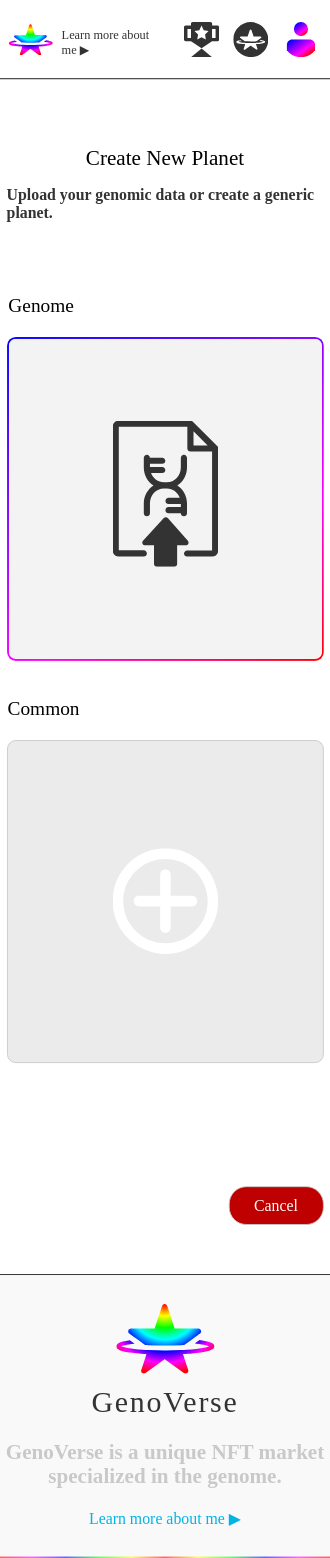
Repository: superHotBob/bioart
Page: /createnewplanet/createnewplanet_01
An editor plug-in stored every save of this project. The page is shown before and after the next save, followed by the edit.
The browser window is 375 px wide. The pictures show the whole page, at 88% of full size.
Some web fonts or font styles are not loaded; a fallback is used. The project was rebuilt for these pictures with package versions that can differ from the ones it lists, and the page was loaded fresh each time. Some packages were replaced by stand-ins written for this rebuild. The framework's server and built-in components were replaced by stand-ins that run in the browser. Also part of the build but not shown: next.config.js.

Above is the page before, as saved 2022-04-06 12:36:46.

### pages/_app.js
import "../styles/globals.css";
import Layout from "../components/layout";
import { Provider } from "react-redux";
import store from "../store";

export default function MyApp({ Component, pageProps }) {
  return (
    <Provider store={store}>
      <Layout>
        <Component {...pageProps} />
      </Layout>
    </Provider>
  );
}

### pages/createnewplanet/createnewplanet_01.js
import Button from "../../components/button";
import react, { useEffect, useState } from "react";

export default function CreateNewPlanetOne() {
  const [myscreen, setMyScreen] = useState(true);
  useEffect(() => setMyScreen(window.screen.width > 500), []);

  return (
    <div className="createNewBlock">
      <h1>Create New Planet</h1>
      <p>Upload your genomic data or create a generic planet.</p>
      <div className="twoBloks">
        <div className="genome">
          <div />
        </div>
        <div className="common"></div>
      </div>
      <div style={{textAlign: 'right',margin: '50px 0 150px'}}>
        <Button
          width={myscreen ? "30%" : "100%"}
          color="#fff"
          background="#be0000"
          text="Cancel"
          background_hover="#8b0000"
        />
      </div>
      <style jsx>{`
        .createNewBlock {
          width: 68%;
          height: 80vh;
          margin: 0 auto;
          padding-top: 60px;
        }
        h1 {
          font-size: 38px;
          font-family: "GmarketSansMedium";
          font-weight: 400;
        }
        p {
          font-weight: 600;
          font-family: "GmarketSansLight";
          font-size: 18px;
          color: #333;
        }
        .twoBloks {
          display: flex;
          justify-content: space-between;
          margin-top: 130px;
        }
        .genome,
        .common,
        .genome div {
          width: 48.5%;
          height: 28vw;
          border-radius: 10px;
          background-position: center center;
          background-repeat: no-repeat;
          background-size: 120px;
          cursor: pointer;
        }
        .genome {
          border: 2px solid transparent;
          background: linear-gradient(#f3f3f3, #f3f3f3) padding-box,
            linear-gradient(
                150deg,
                rgba(0, 0, 255, 1) 0%,
                rgba(152, 0, 255, 1) 41%,
                rgba(255, 0, 255, 1) 68%,
                rgba(255, 0, 0, 1) 100%
              )
              border-box;
        }
        .genome div {
          background-image: url("/icon_upbk.svg");
          width: 100%;
          margin-top: 16px;
        }
        .genome div:hover {
          background-image: url("/icon_upwt.svg");
        }
        .genome:before {
          content: "Genome";
          font-family: "GmarketSansMedium";
          display: block;
          margin-top: -50px;
          font-size: 22px;
        }
        .common {
          background-color: #ebebeb;
          border: 1px solid #c9c9c9;
          background-image: url("/icon_mrwt.svg");
        }
        .common:hover {
          background-image: url("/icon_mrbk.svg");
        }
        .common:before {
          content: "Common";
          font-family: "GmarketSansMedium";
          display: block;
          margin-top: -50px;
          font-size: 22px;
        }

        @media screen and (max-width: 550px) {
          .createNewBlock {
            width: 96%;
            height: auto;
            margin: 0 auto;
            padding-top: 60px;
          }
          .twoBloks {
            flex-direction: column;
          }
          .genome,
          .common,
          .genome div {
            width: 100%;
            height: 98vw;
            margin-bottom: 90px;
          }
          h1 {
            font-size: 24px;
            text-align: center;
          }
        }
      `}</style>
    </div>
  );
}

### styles/globals.css
@font-face {
  font-family: 'GmarketSansMedium';
  src: url('https://cdn.jsdelivr.net/gh/projectnoonnu/noonfonts_2001@1.1/GmarketSansMedium.woff') format('woff');
  font-weight: normal;
  font-style: normal;
}
@font-face {
  font-family: 'GmarketSansLight';
  src: url('https://cdn.jsdelivr.net/gh/projectnoonnu/noonfonts_2001@1.1/GmarketSansLight.woff') format('woff');
  font-weight: normal;
  font-style: normal;
}
@font-face {
  font-family: 'GmarketSansBold';
  src: url('https://cdn.jsdelivr.net/gh/projectnoonnu/noonfonts_2001@1.1/GmarketSansBold.woff') format('woff');
  font-weight: normal;
  font-style: normal;
}
html,
body {
  padding: 0;
  margin: 0;
  font-family: -apple-system, BlinkMacSystemFont, Segoe UI, Roboto, Oxygen,
    Ubuntu, Cantarell, Fira Sans, Droid Sans, Helvetica Neue, sans-serif;
}

input, select, button, textarea {
  outline: none;
}
a {
  color: inherit;
  text-decoration: none;
  cursor: pointer;
}
input::placeholder {
  color: #c9c9c9;
}
* {
  box-sizing: border-box;
  background-repeat: no-repeat;
}
button {
  cursor: pointer;
  font-family: "GmarketSansMedium";
  font-size: 18px;
  text-align: center;
}
.error {
  color: red;
  font-size: 20px;
}
figure {
  margin: 0;
  display: inline-block;
}
select {
  -webkit-appearance: none;
  -moz-appearance: none;

  height: 44px;
  padding-left: 20px;
  font-size: 18px;
  background: transparent;
  border: 1px solid #c9c9c9;
  border-radius: 20px;
  background: url('/icon_drp_arr.svg')  100% / 17% 35% no-repeat;
}
.blue {
  color: rgb(0, 180, 230);
  font-size: 18px;
  padding: 2px 0 2px 27px;

}
.bold {
  font-weight: 800;
  font-family: "GmarketSansbold";
}


.solana {
  background: url('/icon_graph_01.svg')  left 35% / auto 68% no-repeat;


}
@media screen and (max-width: 550px) {
  .blue {
    font-size: 14px;
    padding: 2px 0 2px 25px;
  }
}

### components/layout.js
import Navbar from "./navbar";
import Footer from "./footer";

export default function Layout({ children }) {
  return (
    <>
      <Navbar />
      <main style={{borderBottom: '1px solid #000'}}>
        {children}
        <style jsx global>{`
          .lastStringNft {
            width: 90%;
            position: absolute;
            top: 85%;
            left: 5%;
            padding: 10px 0;
            border-top: 1px solid #c9c9c9;
            font-size: 18px;
            color: #333;
            display: flex;
            justify-content: space-between;
            font-family: "GmarketSansLight";
          }
          .lastStringNft b {
            margin: 0 5px 0 0;
            flex-grow: 1;
          }
          .iconGraph {
            margin: 0px 15px;
            vertical-align: top;
            display: inline-block;
          }
          .priceNft {
            text-align: center;
            font-size: 30px;
            margin: 10px 0 0;
            font-family: "GmarketSansMedium";
          }
          .textNft {
            font-size: 1vw;
            margin: 0 0 15px;
            text-align: center;
            font-weight: 300;
            font-family: "GmarketSansLight";
          }
          .iconSlider {
          margin-top: 0;
          width: 65px;
          height: 65px;
        }
        .iconItemNft {
            width: 65px;
            height: 65px;
            display: block;
            margin: 0 auto;
            background-color: #fff;
            border-radius: 50%;
            border: 4px solid #fff;
            outline: 1px solid #ddd;
          }
          .itemSliderNft {
            position: relative;
          }
        `}</style>
      </main>
      <Footer />
    </>
  );
}

### store/index.js
import { configureStore } from "@reduxjs/toolkit";

import counterReducer from "../reduser";

export function makeStore() {
  return configureStore({
    reducer: { counter: counterReducer },
  });
}

const store = makeStore();

export default store;

### components/button.js
export default function Button(props) {
  return (
    <button type={props.type} className={props.class} onClick={props.Click}>
      {props.text}
      <style jsx>{`
        button {
          color: ${props.color};
          width: ${props.width};
          background: ${props.background};
          border: 1px solid #c9c9c9;
          font-size: 18px;
          border-radius: 20px;
          height: 44px;
        }
        button:hover {
          color: ${props.color_hover};
          background: ${props.background_hover};
        }
        button:last-of-type {
            float: right;
        }
      `}</style>
    </button>
  );
}

### components/navbar.js
import Image from "next/image";
import Link from "next/link";
import styles from "../styles/Home.module.css";
import react, { useState} from 'react';

const likes = [
  { name: "Bob", date: 2 },
  { name: "Fill", date: 4 },
  { name: "Bill", date: 3 },
  { name: "Martin", date: 12 },
  { name: "Ali", date: 14 },
  { name: "Ivan", date: 13 },
];
export default function Navbar() {
  const [likesView, setLikesView] = useState(false);
  return (
    <div className={styles.header}>
      <Link href="/explore" passHref>
        <figure className={styles.symbol_icon}/>
      </Link>

      <Link href="/">
        <a className={styles.learn}>Learn more about me &#9654;</a>
      </Link>
      <div className={styles.menu_tab}>
        <span className={styles.symbol}>
          <Image src="/icon_search.svg" width={22} height={22} alt="search" />
        </span>
        <input
          type="search"
          className={styles.search_input}
          placeholder="Search"
        />
        <Link href="/createitem/createitem">
          <a className={styles.tab01} />
        </Link>
        <Link href="/geno">
          <a className={styles.tab02} />
        </Link>
        <Link href="/profilesetting" >
          <a className={styles.tab03active} />
        </Link>

        {/* <b className={styles.iconLike} onClick={()=>setLikesView(!likesView)}/> */}

        {likesView && <div className={styles.block_likes}>
          LIKE
          {likes.map((i, index) => (
            <p key={index}>
              <figure className={styles.icon_like}>
                <Image
                  src="/article-img.png"
                  width={50}
                  height={50}
                  alt="icon"
                />
              </figure>
              <span className={styles.name}> {i.name} likes this</span>
              <span>{i.date} days ago</span>
              <figure className={styles.icon_like}>
                <Image src="/icon_ba.svg" width={50} height={50} alt="icon" />
              </figure>
              <figure className={styles.icon_like_last}>
                <Image
                  src="/planet-img-02.png"
                  width={50}
                  height={50}
                  alt="icon"
                />
              </figure>
            </p>
          ))}
        </div>}
      </div>
    </div>
  );
}

### components/footer.js
import Image from "next/image";
import styles from "../styles/Home.module.css";
export default function Footer() {
  return (
    <footer className={styles.footer}>
      <span className={styles.logo}>
        <Image src="/symbol.svg" alt=" Logo" width={112} height={80} />
      </span>
      <p className={styles.footerIconText}>GenoVerse</p>
      <p className={styles.footerText}>
        GenoVerse is a unique NFT market specialized in the genome.
      </p>
      <a src="/#" className={styles.learnFooter}>
        Learn more about me &#9654;
      </a>
    </footer>
  );
}

### reduser/index.js
import { createSlice } from "@reduxjs/toolkit";

const initialState = {
 profile: {
  email: 'bob@tut.by',
  name: 'bob',
  representative_planet: 'Geno`s Collection'
 },
  walletAddress: "",
  balance: 0,
  token: "",
  tokenId: 0,
};
export const counterSlice = createSlice({
  name: "counter",
  initialState,

  reducers: {
    increment: (state) => {
      state.value = true;
    },

    addAccount: (state, action) => {
      state.walletAddress = action.payload;
    },
    changeBalance: (state, action) => {
      state.balance = action.payload;
    },
    setToken: (state, action) => {
      state.token = action.payload;
    },
    setTokenId: (state, action) => {
      state.tokenId = action.payload;
    },
  },
});
export const {
    increment,
    addAccount,
    changeBalance,
    setToken,
    setTokenId,
  } = counterSlice.actions;

  export const profile = (state) => state.counter.profile;

  export const selectCount = (state) => state.counter.value;
  export const walletAddress = (state) => state.counter.walletAddress;
  export const balance = (state) => state.counter.balance;
  export const token = (state) => state.counter.token;
  export const tokenId = (state) => state.counter.tokenId;

  export default counterSlice.reducer;

### styles/Home.module.css
@font-face {
  font-family: "MyWebFontBlack";
  src: url("/fonts/NotoSerifCJKkr-Black.woff") format("woff");
}
@font-face {
  font-family: "MyWebFontBold";
  src: url("/fonts/NotoSerifCJKkr-Bold.woff") format("woff");
}
@font-face {
  font-family: "MyWebFontSCMediun";
  src: url("/fonts/NotoSerifSC-Medium.woff") format("woff");
}
@font-face {
  font-family: "MyWebFontSCLight";
  src: url("/fonts/NotoSerifSC-Light.woff") format("woff");
}
@font-face {
  font-family: "GmarketSansMedium";
  src: url("https://cdn.jsdelivr.net/gh/projectnoonnu/noonfonts_2001@1.1/GmarketSansMedium.woff")
    format("woff");
  font-weight: normal;
  font-style: normal;
}
.container {
  padding: 0;
}
.main {
  min-height: 80vh;
}
.header {
  height: 90px;
  display: block;
  position: relative;
  padding: 20px 30px;
  box-sizing: border-box;
  border-bottom: 1px solid #000;
}
.header .learn {
  margin: -34px 20px 0;
  vertical-align: middle;
  display: inline-block;
  width: 20%;
  font-size: 14px;
  cursor: pointer;
  font-family: "GmarketSansLight";
  color: #333;
}
.header a:hover {
  color: blue;
}
.symbol {
  margin-right: -40px;
  position: relative;
  z-index: 100;
  top: -1px;
}
.symbol_icon {
  height: 50px;
  width: 50px;
  display: inline-block;
  background: url("/symbol.svg") center / 100% no-repeat;
}
.search_input {
  position: relative;
  z-index: 1;
  border: 1px solid #c9c9c9;
  border-radius: 20px;
  height: 36px;
  width: 240px;
  padding: 0 20px 0 50px;
  vertical-align: text-bottom;
  outline: none;
}
.menu_tab {
  float: right;
  width: auto;
  text-align: right;
  margin-top: 5px;
}
.tab01,
.tab02,
.tab03active,
.tab03,
.iconLike {
  height: 40px;
  width: 40px;
  vertical-align: sub;
  display: inline-block;
  margin-left: 30px;
}
.iconLike {
  position: relative;
  margin-left: 90px;
  cursor: pointer;
}
.iconLike::before {
  position: absolute;
  font-size: 18px;
  content: "250";
  left: -45px;
  top: 11px;
  font-family: "GmarketSansLight";
  display: inline-block;
}
.tab01 {
  background: url("/icon_tab_off_01.svg") center 100% no-repeat;
}
.tab01:hover {
  background: url("/icon_tab_on_01.svg") center 100% no-repeat;
}
.tab02 {
  background: url("/icon_tab_off_02.svg") center 100% no-repeat;
}
.tab03active {
  background: url("/icon_tab_on_03.svg") center 100% no-repeat;
}
.tab02:hover {
  background: url("/icon_tab_on_02.svg") center 100% no-repeat;
}
.tab03 {
  background: url("/icon_tab_off_03.svg") center 100% no-repeat;
}
.iconLike {
  background: url("/icon_like_on.svg") center 100% no-repeat;
}
.tab03:hover {
  background: url("/icon_tab_on_03.svg") center 100% no-repeat;
}
.wrapFirstBlock {
  width: 100%;
  height: 70.1vh;
  background: url('/main_top_bgline.jpg')  bottom center / 100% 1px repeat-x;
}
.firstBlock {
  /* background: url('/main_top_bg.jpg') center / 100% auto no-repeat;  */
  height: 70vh;
  position: relative;
}
.firstBlockText {
  position: absolute;
  top: 57%;
  left: 75%;
}
.firstBlockTextOnly h3 {
  font-size: 28px;
  font-weight: 400;
  color: #000;
  margin: 0;
}
.firstBlockTextOnly p {
  font-size: 18px;
  line-height: 1.3;
  font-family: "GmarketSansLight";
  font-weight: 800;
}
.gold {
  color: #ffa300;
  font-size: 16px;
  display: block;
  line-height: 10px;
}
.slider h2,
.sliderNft h2 {
  font-size: 30px;
  letter-spacing: 2px;
  font-family: "GmarketSansLight";
  font-weight: 800;
}
.sliderWraper,
.sliderWraperNft {
  height: auto;
  width: 80%;
  margin: 50px auto;
  position: relative;
}
.sliderWraperNft {
  width: 100%;
}
.bodySlider {
  height: auto;
  display: flex;
  justify-content: space-between;
}
.sliderBtnPrev,
.sliderBtnNext {
  position: absolute;
  border: none;
  top: 26%;
  height: 60px;
  width: 60px;
  left: -2%;
  opacity: 0.9;
  background-position: center;
  background-repeat: no-repeat;
  background-size: 100%;
  background-image: url("/slider_prev_btn.svg");
}
.sliderBtnPrev:hover {
  background-image: url("/slider_prev_btn_hv.svg");
  opacity: 1;
}
.sliderBtnNext {
  left: 96%;
  background-image: url("/slider_next_btn.svg");
}
.sliderBtnNext:hover {
  background-image: url("/slider_next_btn_hv.svg");
  opacity: 1;
}

.itemSlider {
  height: 40vw;
  padding: 0 20px;
  text-align: center;
}
.itemSliderImage {

  border: 1px solid #ccc;
  background-size: cover;
  border-radius: 10px;
  background-position: center top;
  background-repeat: no-repeat;
  height: 60%;
  margin-bottom: 40px;
  cursor: pointer;
}
.sliderText {
  font-size: 26px;
  margin: 15px;
  font-family: "GmarketSansMedium";
  font-weight: 400;
}
.sliderText p {
  font-size: 20px;
  margin: 15px 0 0;
  font-family: "GmarketSansLight";
}
.itemSlider .img {
  margin: 15px;
}
.sliderDot {
  margin: 0 auto;
  background-color: gray;
  width: 89%;
}

.table h2 {
  text-align: center;
  font-family: "GmarketSansLight";
  font-size: 28px;
}
.table h2 a {
  color: #00b4e6;
}
.icons {
  width: 164px;
  margin: 50px auto;
  display: flex;
  justify-content: space-between;
}
.icons img:hover {
  cursor: pointer;
}
.tableBody {
  width: 80%;
  margin: 20px auto;
}
.headerTable,
.bodyTable,
.headerTableFirst {
  display: flex;
  justify-content: space-between;
  border-top: 1px solid #c9c9c9;
  border-bottom: 1px solid #c9c9c9;
  padding: 20px 0;
  font-weight: bold;
}
.headerTableFirst {
  border-top: none;
  border-image: linear-gradient(
    90deg,
    rgba(255, 0, 0, 1) 0%,
    rgba(255, 0, 255, 1) 10%,
    rgba(0, 0, 255, 1) 20%,
    rgba(0, 255, 0, 1) 30%,
    rgba(255, 255, 0, 1) 40%,
    rgba(255, 0, 0, 1) 50%,
    rgba(255, 255, 0, 1) 60%,
    rgba(0, 255, 0, 1) 70%,
    rgba(0, 0, 255, 1) 80%,
    rgba(255, 0, 255, 1) 90%,
    rgba(255, 0, 0, 1) 100%
  );
  border-image-slice: 1;
}
p.bodyTable {
  border-bottom: none;
  margin: 0;
}
p.headerTable:hover {
  background-color: rgba(220, 220, 220, 0.3);
  cursor: pointer;
  box-shadow: 0 1px 10px 5px rgba(220, 220, 220, 0.3);
}
.volumeIcon,.volumeIcon_2 {
  background: url("/icon_graph_01.svg") 21% 47%/ 16% no-repeat;
  padding-left: 10px;
}
.headerTable span,
.bodyTable span,
.headerTableFirst span {
  flex-grow: 1;
  font-size: 18px;
  line-height: 50px;
  font-family: "GmarketSansLight";
  width: 10%;
  text-align: center;
  display: inline-block;
}
.data {
  border-bottom: 1px solid #c9c9c9;
}
.btnPage {
  margin: 50px auto;
  text-align: center;
}
.btnPrev,
.btnNext {
  border: none;
  background: none;
  font-size: 18px;
  z-index: 1;
  font-family: "GmarketSansMedium";
  font-weight: 400;
  position: relative;
  color: #c9c9c9;
}
.btnPrev:hover {
  color: #000;
}
.btnPrev:hover::before {
  background-image: url("/prev_btn_hv.svg");
}
.btnNext:hover {
  color: #000;
}
.btnNext:hover::after {
  background-image: url("/next_btn_hv.svg");
}
.btnPrev:before,
.btnNext::after {
  content: "";
  width: 12px;
  height: 18px;
  z-index: 1;
  background-image: url("/prev_btn.svg");
  background-repeat: no-repeat;
  display: inline-block;
  vertical-align: middle;
  background-color: inherit;
  background-position: center center;
  margin: -5px 5px 0 0;
}
.btnNext::after {
  background-image: url("/next_btn.svg");
  margin: -5px 0 0 5px;
}
.footer {
  padding: 2rem 0;
  background-color: #f9f9f9;
  text-align: center;
  border-image: linear-gradient(
    90deg,
    rgba(255, 0, 0, 1) 0%,
    rgba(255, 0, 255, 1) 10%,
    rgba(0, 0, 255, 1) 20%,
    rgba(0, 255, 0, 1) 30%,
    rgba(255, 255, 0, 1) 40%,
    rgba(255, 0, 0, 1) 50%,
    rgba(255, 255, 0, 1) 60%,
    rgba(0, 255, 0, 1) 70%,
    rgba(0, 0, 255, 1) 80%,
    rgba(255, 0, 255, 1) 90%,
    rgba(255, 0, 0, 1) 100%
  );
  border-image-slice: 1;
  border-bottom: 1px solid #333;
}
.br {
  display: none;
}
.footerIconText {
  font-size: 34px;
  font-family: "GmarketSansMedium";
  font-weight: 400;
  margin: 10px 0;
  letter-spacing: 2px;
}
.footerText {
  font-size: 24px;
  font-family: "GmarketSansMedium";
  color: #c9c9c9;
}
.learnFooter {
  color: #00b4e6;
  font-size: 18px;
  font-family: "GmarketSansMedium";
}
.learnFooter:hover {
  color: #333;
}
.block_likes {
  width: 600px;
  height: 60vh;
  position: absolute;
  right: 35px;
  font-size: 18px;
  top: 90px;
  z-index: 100;
  text-align: center;
  padding: 20px;
  background-color: #fff;
  overflow-y: auto;
  border: 1px solid #c9c9c9;
  border-top: none;
}
.block_likes p {
  font-family: "GmarketSansLight";
  display: flex;
  justify-content: space-between;
  align-items: center;
  font-size: 20px;
  margin: 30px 0;
}
.icon_like span {
  border-radius: 50%;
  height: 50px;
  width: 50px;
  outline: 1px solid #c9c9c9;
  outline-offset: 2px;
  vertical-align: middle;
}
.icon_like_last span {
  border-radius: 0;
  outline: 1px solid #c9c9c9;
  outline-offset: 2px;
  vertical-align: middle;
}
.name {
  width: 35%;
  text-align: left;
}
.mobile {
  display: inline-block;
}
.mobileYes {
  display: none !important;
}
.planetsTableData {
    flex-grow: 4;
    font-size: 28px;
    height: 50px;
    text-align: left;
    background-image: url('/icon_ba.svg');
    background-repeat: no-repeat;
    background-size: 50px;
    padding-left: 60px;
}
@media screen and (max-width: 550px) {
  .search_input,
  .symbol {
    display: none;
  }
  .header {
    padding: 20px 10px;
  }
  .symbol_icon {
    height: 50px;
    width: 50px;
  }
  .tab01,
  .tab02,
  .tab03active,
  .tab03,
  .iconLike {
    margin-left: 10px;
  }
  .tab01 {
    margin: 0;
  }
  .header .learn {
    width: 100px;
    margin: -34px 10px 0;
  }
  .menu_tab {
    margin-top: 5px;
    justify-content: space-around;
    display: flex;
    width: 45%;
  }
  .firstBlock {
    height: 50vw;
  }
  .firstBlockText {
    position: static;
    background-color: #f9f9f9;
    padding: 30px 15px;
    border-image: linear-gradient(
    90deg,
    rgba(255, 0, 0, 1) 0%,
    rgba(255, 0, 255, 1) 10%,
    rgba(0, 0, 255, 1) 20%,
    rgba(0, 255, 0, 1) 30%,
    rgba(255, 255, 0, 1) 40%,
    rgba(255, 0, 0, 1) 50%,
    rgba(255, 255, 0, 1) 60%,
    rgba(0, 255, 0, 1) 70%,
    rgba(0, 0, 255, 1) 80%,
    rgba(255, 0, 255, 1) 90%,
    rgba(255, 0, 0, 1) 100%
  );
  border-image-slice: 1;
  border-bottom: 1px solid #333;
  }
  .firstBlockTextOnly {
    display: inline-block;
    vertical-align: top;
    margin-left: 10px;
    color: gray;
    width: 79%;
  }
  .wrapFirstBlock {
    height: auto;
  }
  .sliderWraper {
    width: 100%;
    margin: 20px auto 100px;
  }
  .itemSlider {
    height: 150vw;
    text-align: initial;
  }
  .sliderText {
    width: 70%;
    font-size: 20px;
    vertical-align: top;
    display: inline-block;
  }
  .sliderText p {
    font-size: 16px;
  }
  .volumeIcon {
    background: url(/icon_graph_01.svg) 0% 19%/ 32% no-repeat;
    padding-left: 15px;
  }
  .br {
    display: inline;
  }
  .mobile, .czczxc, .volumeIcon_2 {
    display: none !important;
  }
  .mobileYes {
    display: inline !important;
    font-size: 12px !important;
  }
  .headerTable span, .headerTableFirst span, .bodyTable span {
    width: fit-content;
    flex-grow: 0;
    padding-top: 5px;
    line-height: 23px;
    text-align: right;
  }
  .headerTable {
    justify-content: space-around;
    padding: 5px 0;
  }
  .tableBody {
    width: 90%;
  }
  .icons {
    width: 200px;
  }
  .sliderBtnNext, .sliderBtnPrev {
    display: none;
  }
}

Loaded but not shown: pages/_document.js (common file)

After the next save:
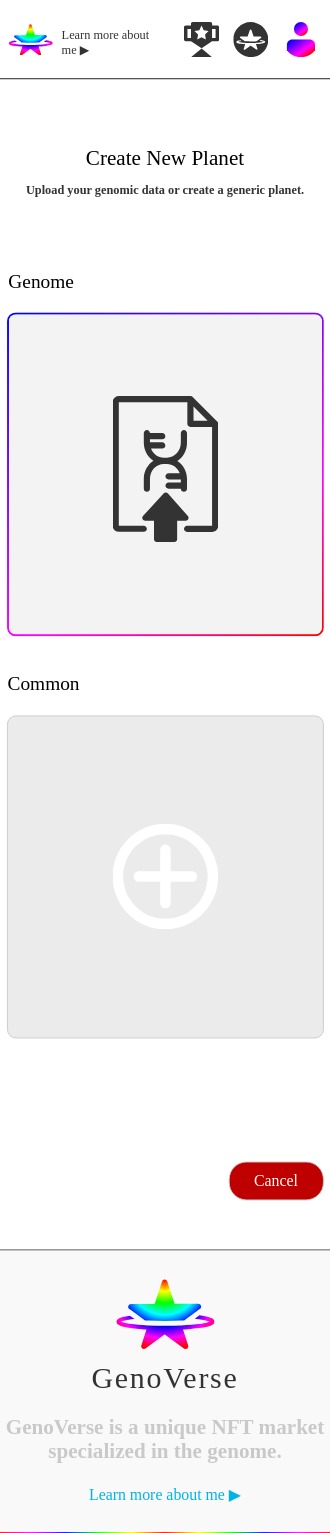
Saved 62 s later.
--- a/pages/createnewplanet/createnewplanet_01.js
+++ b/pages/createnewplanet/createnewplanet_01.js
@@ -122,6 +122,10 @@ export default function CreateNewPlanetOne() {
             font-size: 24px;
             text-align: center;
           }
+          p {
+            font-size: 14px;
+            text-align: center;
+          }
         }
       `}</style>
     </div>
